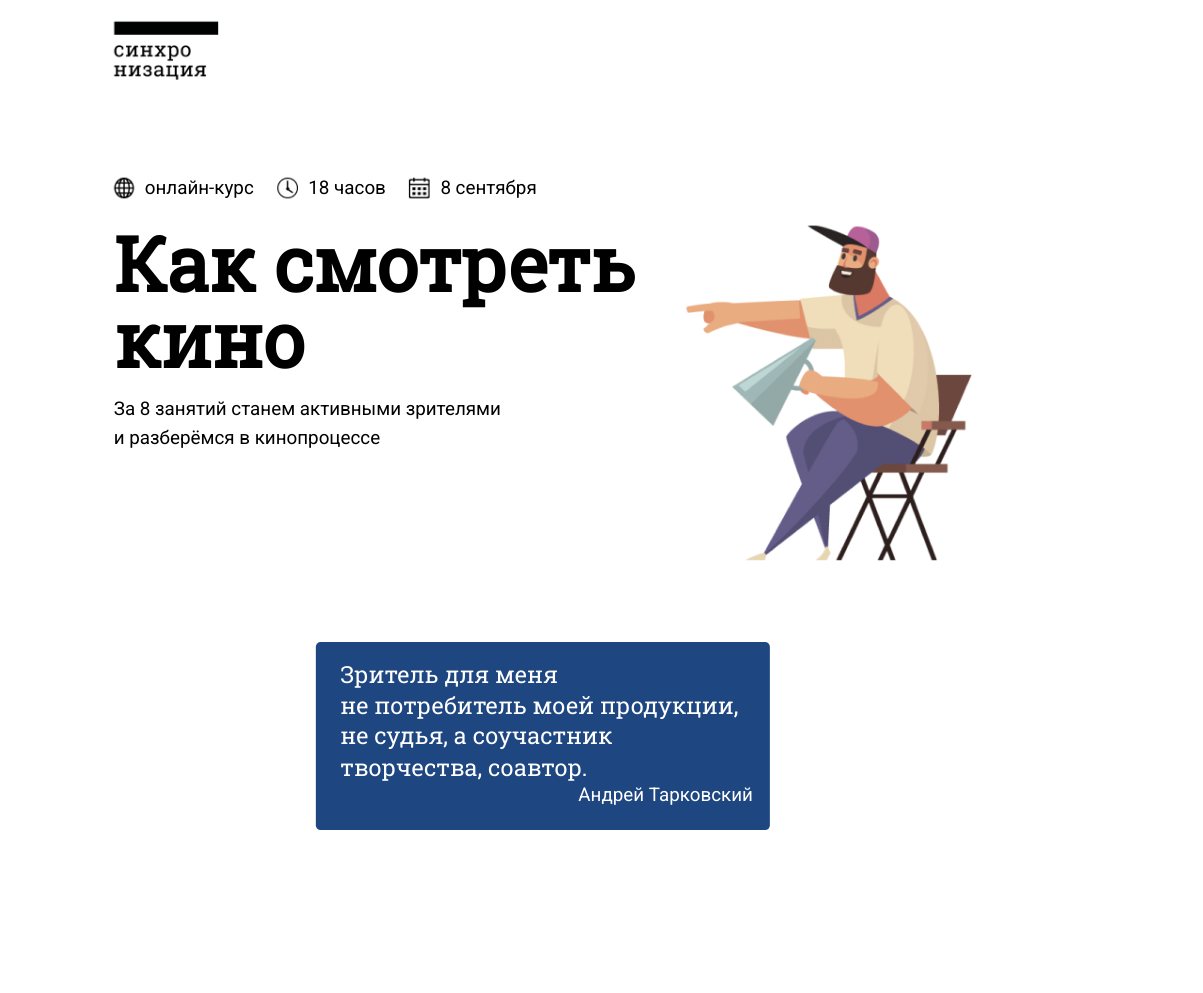
Repository: NatiqSamiyev/fiqma-task-top
Page: index.html
These files come from the project's save history. The page is drawn as it stood at one moment and after the next save; the edit follows.
The browser window is 1280 px wide. The pictures show the whole page, at 94% of full size.

Above is the page before, as saved 2023-08-16 15:40:22.

After the next save:
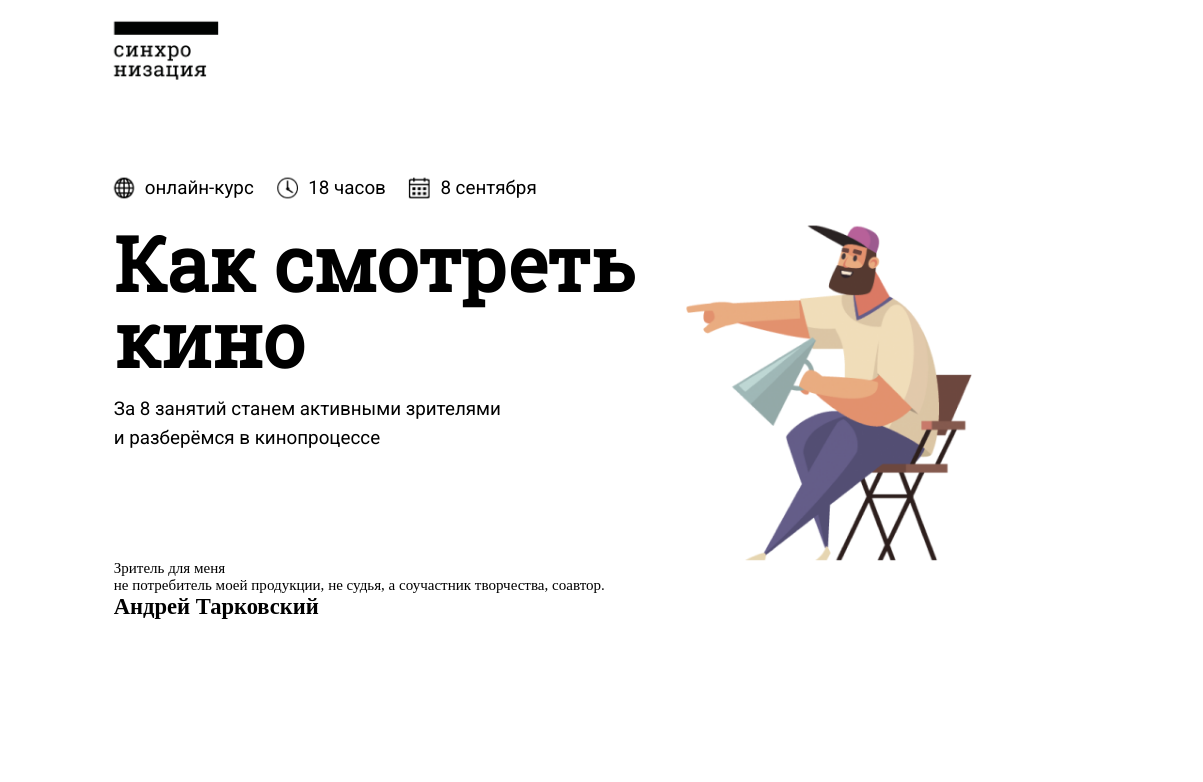
Saved 98 s later.
--- a/index.html
+++ b/index.html
@@ -42,7 +42,7 @@
 
       </div>
 
-      <div class="bottum-container">
+      <div class="bottom-container">
         <p>
           Зритель для меня
           <br />не потребитель моей продукции, не судья, а соучастник

After the 3 saves that followed:
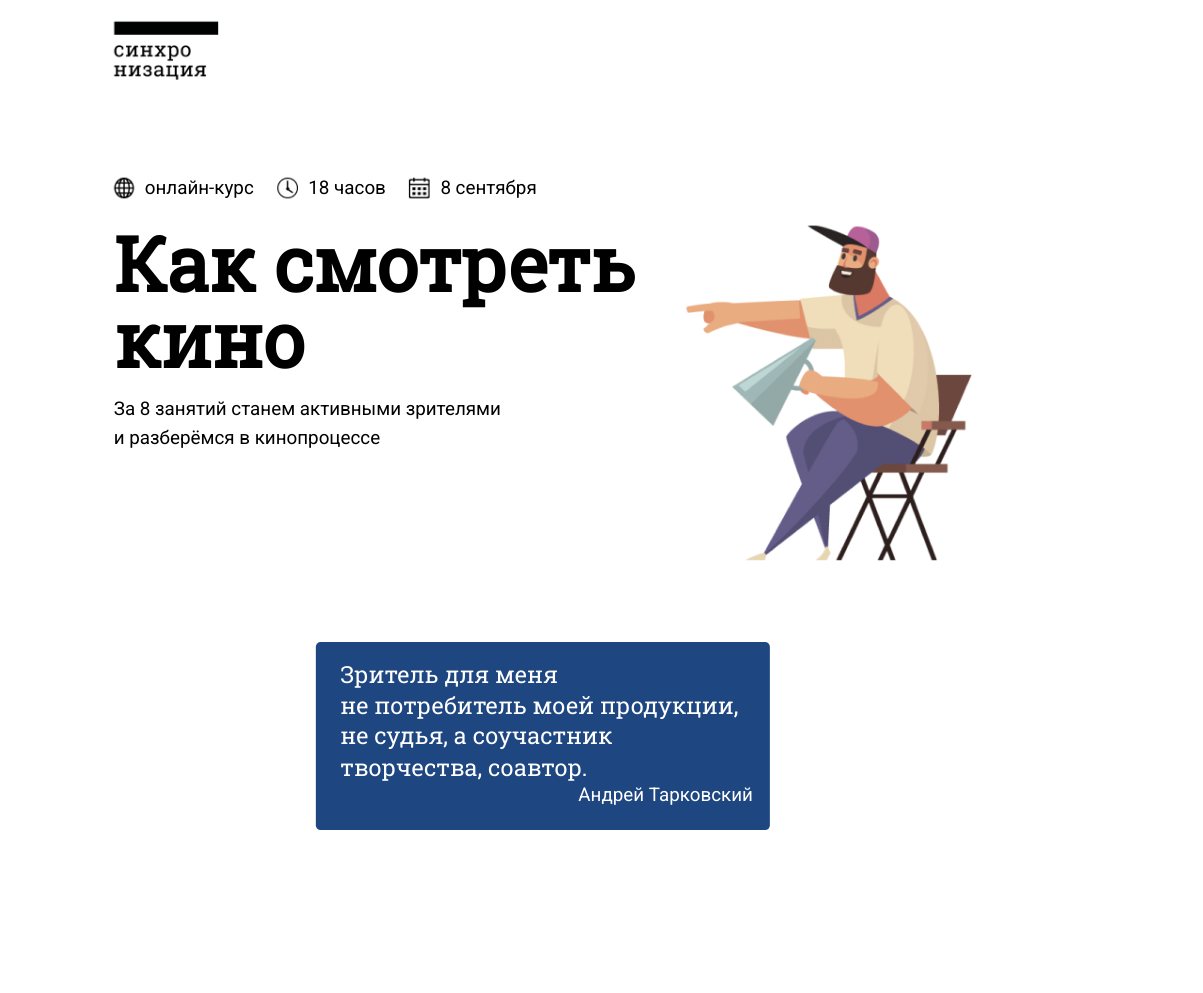
The 3 saves are shown as one change because they came seconds apart.
The last was saved 7 s later.
--- a/index.css
+++ b/index.css
@@ -71,7 +71,7 @@ line-height: 115%;
   height: 356px;
 }
 
-.bottum-container {
+.bottom-container {
   padding: 19px 18px 0 26px;
   width: 483px;
   height: 200px;
@@ -81,7 +81,7 @@ line-height: 115%;
   background: #1e4681;
 }
 
-.bottum-container p {
+.bottom-container p {
   color: #fff;
   font-family: Roboto Slab;
   font-size: 25px;
@@ -90,7 +90,7 @@ line-height: 115%;
   line-height: 130%;
 }
 
-.bottum-container h2 {
+.bottom-container h2 {
   color: #fff;
   text-align: right;
   font-family: Roboto;
